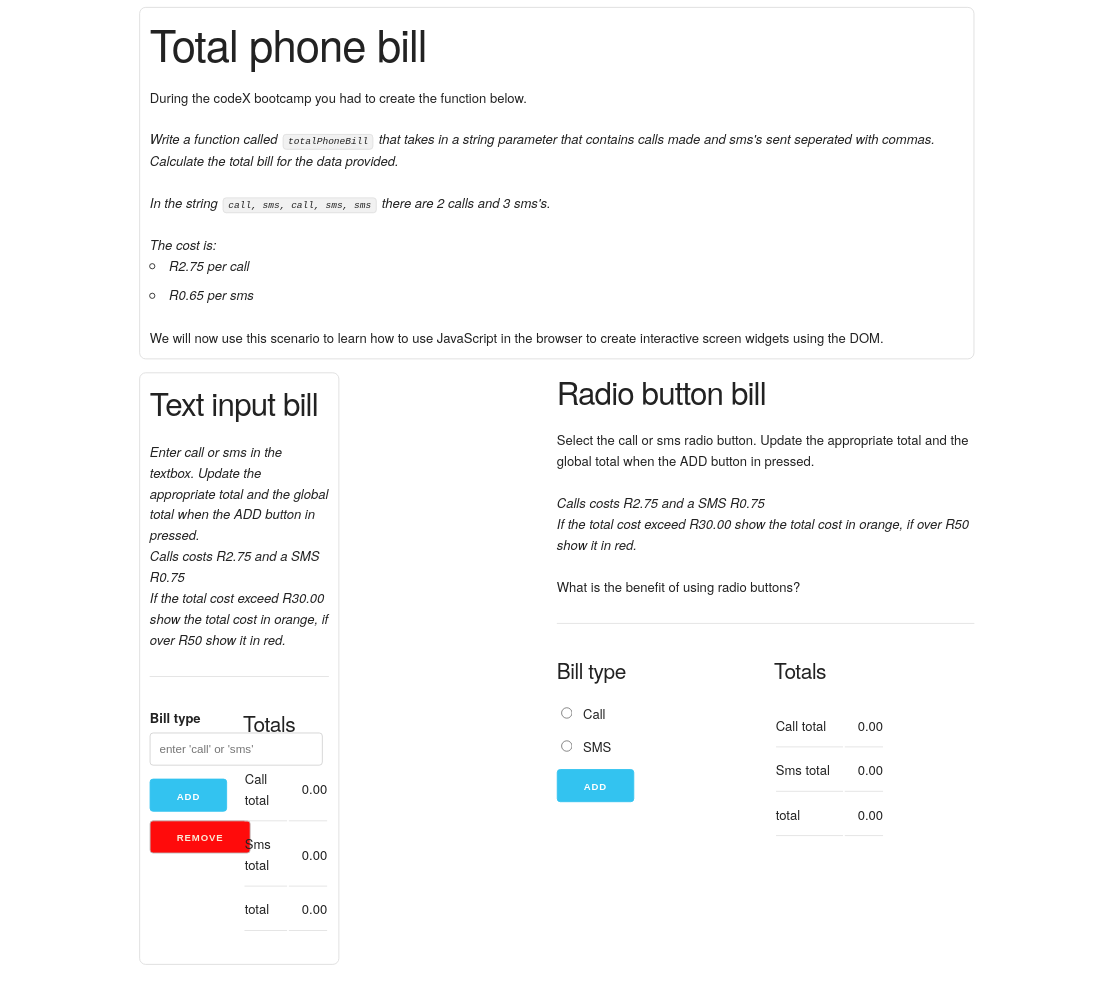
Repository: lasity34/Dom-intro-handlebars
Page: index.html
The author's editor kept a copy of each file at every save. The page is drawn from the files as they stood at one save, then again after the next save.
The browser window is 1280 px wide. The pictures show the whole page, at 87% of full size.
Some web libraries are served in a nearby version.

Above is the page before, as saved 2023-05-09 08:40:27.

### index.html
<!DOCTYPE html>
<html>
  <head>
    <meta charset="utf-8" />
    <title></title>
    <link rel="stylesheet" href="css/skeleton.css" />
    <link rel="stylesheet" href="css/style.css" />
    <script src="https://cdnjs.cloudflare.com/ajax/libs/handlebars.js/4.0.11/handlebars.min.js"></script>
    <script type="text/x-template" id="billTemplate">
      {{#each differentCosts}}
      <tr >
      <td>{{name}} total</td>
      <td><span class=" {{this.extraClass}}" >{{total}}</span></td>
      </tr>
      {{/each}}
    </script>
  </head>
  <body>
    <div class="container">
      <div class="row">
        <div class="twelve columns box">
          <h1>Total phone bill</h1>

          <div class="">
            During the codeX bootcamp you had to create the function below.
          </div>

          <br />

          <div class="">
            <i
              >Write a function called <code>totalPhoneBill</code> that takes in
              a string parameter that contains calls made and sms's sent
              seperated with commas. Calculate the total bill for the data
              provided. <br /><br />
              In the string <code>call, sms, call, sms, sms</code> there are 2
              calls and 3 sms's.
              <br />
              <br />
              The cost is:
              <ul>
                <li>R2.75 per call</li>
                <li>R0.65 per sms</li>
              </ul>
            </i>
          </div>

          <div class="">
            We will now use this scenario to learn how to use JavaScript in the
            browser to create interactive screen widgets using the DOM.
          </div>
        </div>
      </div>
      <div class="widget_container">
      <div class="width">
        <div class="six columns box">
          <!--  text input bill -->
          <h3>Text input bill</h3>

          <div class="">
            <i
              >Enter call or sms in the textbox. Update the appropriate total
              and the global total when the ADD button in pressed.</i
            >
          </div>
          <div class="">
            <i>Calls costs R2.75 and a SMS R0.75</i>
          </div>

          <div class="">
            <i
              >If the total cost exceed R30.00 show the total cost in orange, if
              over R50 show it in red.</i
            >
          </div>
          <hr />

          <div></div>
          <div class="row">
            <div class="six columns">
              <label for="">Bill type</label>
              <input
                type="text"
                name=""
                value=""
                placeholder="enter 'call' or 'sms' "
                class="billTypeText"
              />
              <button
                class="button-primary addToBillBtn"
                type="button"
                name="button"
              >
                Add
              </button>
              <button class="resetBtn" type="button" name="button">
                Remove
              </button>
            </div>
            <div class="six columns">
              <h5>Totals</h5>
              <table class="textTotals"></table>
            </div>
          </div>
        </div>
      </div>
      <div class="width">
        <div class="">
          <h3>Radio button bill</h3>

          <div class="">
            Select the call or sms radio button. Update the appropriate total
            and the global total when the ADD button in pressed.
          </div>
          <br />
          <div class="">
            <i>Calls costs R2.75 and a SMS R0.75</i>
          </div>

          <div class="">
            <i
              >If the total cost exceed R30.00 show the total cost in orange, if
              over R50 show it in red.</i
            >
          </div>
          <br />
          <div class="">What is the benefit of using radio buttons?</div>

          <hr />

          <div class="row">
            <div class="six columns">
              <h5>Bill type</h5>
              <label class="">
                <input
                  type="radio"
                  name="billItemType"
                  class="billItemTypeRadio"
                  value="call"
                />
                <span class="label-body">Call</span>
              </label>
              <label class="">
                <input
                  type="radio"
                  name="billItemType"
                  class="billItemTypeRadio"
                  value="sms"
                />
                <span class="label-body">SMS</span>
              </label>
              <button
                class="button-primary radioBillAddBtn"
                type="button"
                name="button"
              >
                Add
              </button>
            </div>
            <div class="six columns">
              <h5>Totals</h5>
              <table class="radioTotals"></table>
            </div>
          </div>
        </div>
      </div>
      </div>
    </div>

    <script src="./js/text-bill.js" charset="utf-8"></script>
    <script src="./js/radio-bill.js" charset="utf-8"></script>
  </body>
</html>

<!-- billTotal -->

### css/skeleton.css
/*
* Skeleton V2.0.4
* Copyright 2014, Dave Gamache
* www.getskeleton.com
* Free to use under the MIT license.
* http://www.opensource.org/licenses/mit-license.php
* 12/29/2014
*/


/* Table of contents
––––––––––––––––––––––––––––––––––––––––––––––––––
- Grid
- Base Styles
- Typography
- Links
- Buttons
- Forms
- Lists
- Code
- Tables
- Spacing
- Utilities
- Clearing
- Media Queries
*/


/* Grid
–––––––––––––––––––––––––––––––––––––––––––––––––– */
.container {
  position: relative;
  width: 100%;
  max-width: 960px;
  margin: 0 auto;
  padding: 0 20px;
  box-sizing: border-box; }
.column,
.columns {
  width: 100%;
  float: left;
  box-sizing: border-box; }

/* For devices larger than 400px */
@media (min-width: 400px) {
  .container {
    width: 85%;
    padding: 0; }
}

/* For devices larger than 550px */
@media (min-width: 550px) {
  .container {
    width: 80%; }
  .column,
  .columns {
    margin-left: 4%; }
  .column:first-child,
  .columns:first-child {
    margin-left: 0; }

  .one.column,
  .one.columns                    { width: 4.66666666667%; }
  .two.columns                    { width: 13.3333333333%; }
  .three.columns                  { width: 22%;            }
  .four.columns                   { width: 30.6666666667%; }
  .five.columns                   { width: 39.3333333333%; }
  .six.columns                    { width: 48%;            }
  .seven.columns                  { width: 56.6666666667%; }
  .eight.columns                  { width: 65.3333333333%; }
  .nine.columns                   { width: 74.0%;          }
  .ten.columns                    { width: 82.6666666667%; }
  .eleven.columns                 { width: 91.3333333333%; }
  .twelve.columns                 { width: 100%; margin-left: 0; }

  .one-third.column               { width: 30.6666666667%; }
  .two-thirds.column              { width: 65.3333333333%; }

  .one-half.column                { width: 48%; }

  /* Offsets */
  .offset-by-one.column,
  .offset-by-one.columns          { margin-left: 8.66666666667%; }
  .offset-by-two.column,
  .offset-by-two.columns          { margin-left: 17.3333333333%; }
  .offset-by-three.column,
  .offset-by-three.columns        { margin-left: 26%;            }
  .offset-by-four.column,
  .offset-by-four.columns         { margin-left: 34.6666666667%; }
  .offset-by-five.column,
  .offset-by-five.columns         { margin-left: 43.3333333333%; }
  .offset-by-six.column,
  .offset-by-six.columns          { margin-left: 52%;            }
  .offset-by-seven.column,
  .offset-by-seven.columns        { margin-left: 60.6666666667%; }
  .offset-by-eight.column,
  .offset-by-eight.columns        { margin-left: 69.3333333333%; }
  .offset-by-nine.column,
  .offset-by-nine.columns         { margin-left: 78.0%;          }
  .offset-by-ten.column,
  .offset-by-ten.columns          { margin-left: 86.6666666667%; }
  .offset-by-eleven.column,
  .offset-by-eleven.columns       { margin-left: 95.3333333333%; }

  .offset-by-one-third.column,
  .offset-by-one-third.columns    { margin-left: 34.6666666667%; }
  .offset-by-two-thirds.column,
  .offset-by-two-thirds.columns   { margin-left: 69.3333333333%; }

  .offset-by-one-half.column,
  .offset-by-one-half.columns     { margin-left: 52%; }

}


/* Base Styles
–––––––––––––––––––––––––––––––––––––––––––––––––– */
/* NOTE
html is set to 62.5% so that all the REM measurements throughout Skeleton
are based on 10px sizing. So basically 1.5rem = 15px :) */
html {
  font-size: 62.5%; }
body {
  font-size: 1.5em; /* currently ems cause chrome bug misinterpreting rems on body element */
  line-height: 1.6;
  font-weight: 400;
  font-family: "Raleway", "HelveticaNeue", "Helvetica Neue", Helvetica, Arial, sans-serif;
  color: #222; }


/* Typography
–––––––––––––––––––––––––––––––––––––––––––––––––– */
h1, h2, h3, h4, h5, h6 {
  margin-top: 0;
  margin-bottom: 2rem;
  font-weight: 300; }
h1 { font-size: 4.0rem; line-height: 1.2;  letter-spacing: -.1rem;}
h2 { font-size: 3.6rem; line-height: 1.25; letter-spacing: -.1rem; }
h3 { font-size: 3.0rem; line-height: 1.3;  letter-spacing: -.1rem; }
h4 { font-size: 2.4rem; line-height: 1.35; letter-spacing: -.08rem; }
h5 { font-size: 1.8rem; line-height: 1.5;  letter-spacing: -.05rem; }
h6 { font-size: 1.5rem; line-height: 1.6;  letter-spacing: 0; }

/* Larger than phablet */
@media (min-width: 550px) {
  h1 { font-size: 5.0rem; }
  h2 { font-size: 4.2rem; }
  h3 { font-size: 3.6rem; }
  h4 { font-size: 3.0rem; }
  h5 { font-size: 2.4rem; }
  h6 { font-size: 1.5rem; }
}

p {
  margin-top: 0; }


/* Links
–––––––––––––––––––––––––––––––––––––––––––––––––– */
a {
  color: #1EAEDB; }
a:hover {
  color: #0FA0CE; }


/* Buttons
–––––––––––––––––––––––––––––––––––––––––––––––––– */
.button,
button,
input[type="submit"],
input[type="reset"],
input[type="button"] {
  display: inline-block;
  height: 38px;
  padding: 0 30px;
  color: #555;
  text-align: center;
  font-size: 11px;
  font-weight: 600;
  line-height: 38px;
  letter-spacing: .1rem;
  text-transform: uppercase;
  text-decoration: none;
  white-space: nowrap;
  background-color: transparent;
  border-radius: 4px;
  border: 1px solid #bbb;
  cursor: pointer;
  box-sizing: border-box; }
.button:hover,
button:hover,
input[type="submit"]:hover,
input[type="reset"]:hover,
input[type="button"]:hover,
.button:focus,
button:focus,
input[type="submit"]:focus,
input[type="reset"]:focus,
input[type="button"]:focus {
  color: #333;
  border-color: #888;
  outline: 0; }
.button.button-primary,
button.button-primary,
input[type="submit"].button-primary,
input[type="reset"].button-primary,
input[type="button"].button-primary {
  color: #FFF;
  background-color: #33C3F0;
  border-color: #33C3F0; }
.button.button-primary:hover,
button.button-primary:hover,
input[type="submit"].button-primary:hover,
input[type="reset"].button-primary:hover,
input[type="button"].button-primary:hover,
.button.button-primary:focus,
button.button-primary:focus,
input[type="submit"].button-primary:focus,
input[type="reset"].button-primary:focus,
input[type="button"].button-primary:focus {
  color: #FFF;
  background-color: #1EAEDB;
  border-color: #1EAEDB; }


/* Forms
–––––––––––––––––––––––––––––––––––––––––––––––––– */
input[type="email"],
input[type="number"],
input[type="search"],
input[type="text"],
input[type="tel"],
input[type="url"],
input[type="password"],
textarea,
select {
  height: 38px;
  padding: 6px 10px; /* The 6px vertically centers text on FF, ignored by Webkit */
  background-color: #fff;
  border: 1px solid #D1D1D1;
  border-radius: 4px;
  box-shadow: none;
  box-sizing: border-box; }
/* Removes awkward default styles on some inputs for iOS */
input[type="email"],
input[type="number"],
input[type="search"],
input[type="text"],
input[type="tel"],
input[type="url"],
input[type="password"],
textarea {
  -webkit-appearance: none;
     -moz-appearance: none;
          appearance: none; }
textarea {
  min-height: 65px;
  padding-top: 6px;
  padding-bottom: 6px; }
input[type="email"]:focus,
input[type="number"]:focus,
input[type="search"]:focus,
input[type="text"]:focus,
input[type="tel"]:focus,
input[type="url"]:focus,
input[type="password"]:focus,
textarea:focus,
select:focus {
  border: 1px solid #33C3F0;
  outline: 0; }
label,
legend {
  display: block;
  margin-bottom: .5rem;
  font-weight: 600; }
fieldset {
  padding: 0;
  border-width: 0; }
input[type="checkbox"],
input[type="radio"] {
  display: inline; }
label > .label-body {
  display: inline-block;
  margin-left: .5rem;
  font-weight: normal; }


/* Lists
–––––––––––––––––––––––––––––––––––––––––––––––––– */
ul {
  list-style: circle inside; }
ol {
  list-style: decimal inside; }
ol, ul {
  padding-left: 0;
  margin-top: 0; }
ul ul,
ul ol,
ol ol,
ol ul {
  margin: 1.5rem 0 1.5rem 3rem;
  font-size: 90%; }
li {
  margin-bottom: 1rem; }


/* Code
–––––––––––––––––––––––––––––––––––––––––––––––––– */
code {
  padding: .2rem .5rem;
  margin: 0 .2rem;
  font-size: 90%;
  white-space: nowrap;
  background: #F1F1F1;
  border: 1px solid #E1E1E1;
  border-radius: 4px; }
pre > code {
  display: block;
  padding: 1rem 1.5rem;
  white-space: pre; }


/* Tables
–––––––––––––––––––––––––––––––––––––––––––––––––– */
th,
td {
  padding: 12px 15px;
  text-align: left;
  border-bottom: 1px solid #E1E1E1; }
th:first-child,
td:first-child {
  padding-left: 0; }
th:last-child,
td:last-child {
  padding-right: 0; }


/* Spacing
–––––––––––––––––––––––––––––––––––––––––––––––––– */
button,
.button {
  margin-bottom: 1rem; }
input,
textarea,
select,
fieldset {
  margin-bottom: 1.5rem; }
pre,
blockquote,
dl,
figure,
table,
p,
ul,
ol,
form {
  margin-bottom: 2.5rem; }


/* Utilities
–––––––––––––––––––––––––––––––––––––––––––––––––– */
.u-full-width {
  width: 100%;
  box-sizing: border-box; }
.u-max-full-width {
  max-width: 100%;
  box-sizing: border-box; }
.u-pull-right {
  float: right; }
.u-pull-left {
  float: left; }


/* Misc
–––––––––––––––––––––––––––––––––––––––––––––––––– */
hr {
  margin-top: 3rem;
  margin-bottom: 3.5rem;
  border-width: 0;
  border-top: 1px solid #E1E1E1; }


/* Clearing
–––––––––––––––––––––––––––––––––––––––––––––––––– */

/* Self Clearing Goodness */
.container:after,
.row:after,
.u-cf {
  content: "";
  display: table;
  clear: both; }


/* Media Queries
–––––––––––––––––––––––––––––––––––––––––––––––––– */
/*
Note: The best way to structure the use of media queries is to create the queries
near the relevant code. For example, if you wanted to change the styles for buttons
on small devices, paste the mobile query code up in the buttons section and style it
there.
*/


/* Larger than mobile */
@media (min-width: 400px) {}

/* Larger than phablet (also point when grid becomes active) */
@media (min-width: 550px) {}

/* Larger than tablet */
@media (min-width: 750px) {}

/* Larger than desktop */
@media (min-width: 1000px) {}

/* Larger than Desktop HD */
@media (min-width: 1200px) {}

### css/style.css
.box {
  padding: 0.75em;
  border-radius : 0.5em;
  border : 1px solid #ddd;
  height: auto;
  margin-bottom: 1em;
}


.warning {
  color: orange;
  font-weight: bold;
}

.danger {
  color: crimson;
  font-weight: bold;
}

.total {
  font-weight: bold;
  font-size: 2em;
}

.resetBtn {
  background-color: rgb(255, 11, 11);
  color: antiquewhite;
}

.widget_container {
  display: flex;
}

.row {
  width: 100%;
}

### js/text-bill.js
// get a reference to the textbox where the bill type is to be entered

//get a reference to the add button

//create a variable that will keep track of the total bill

//add an event listener for when the add button is pressed

//in the event listener check if the value in the bill type textbox is 'sms' or 'call'
// * add the appropriate value to the running total
// * add nothing for invalid values that is not 'call' or 'sms'.
// * display the latest total on the screen\index.html

const billTypeText = document.querySelector(".billTypeText");
const textTotalAddBtn = document.querySelector(".addToBillBtn");
const textTotalRemoveBtn = document.querySelector(".resetBtn");
const totalElem = document.querySelector(".total");
const textCostDataElem = document.querySelector(".textTotals");


let callsTotal = 0.0;
let smsTotal = 0.0;
let totaltext = 0.0;

function textBillTotal() {
  const billTypeEntered = billTypeText.value.trim();

  if (billTypeEntered === "call") {
    callsTotal += 2.75;
  } else if (billTypeEntered === "sms") {
    smsTotal += 0.75;
  }

  totaltext = callsTotal + smsTotal;
  updateTextTemplate();

}
function removeTotal() {
  callsTotal = 0;
  smsTotal = 0;
  totaltext = 0
  updateTextTemplate();
}

function updateTextTemplate() {
  const templateSource = document.querySelector("#billTemplate").innerHTML;
  const textTemplate = Handlebars.compile(templateSource);

  const costData = {
    differentCosts: [
      { name: "Call", total: callsTotal.toFixed(2), extraClass : "" },
      {
        name: "Sms",
        total: smsTotal.toFixed(2),
        extraClass : ""
      },
      {
        name: "",
        total: totaltext.toFixed(2),
        extraClass : totaltext > 50 ? "danger" : totaltext > 30 ? "warning" : ""
      },
    ],

  };

  const userDataHTML = textTemplate(costData);

  textCostDataElem.innerHTML = userDataHTML;
}

document.addEventListener("DOMContentLoaded", function () {
  updateTextTemplate();
});

textTotalAddBtn.addEventListener("click", textBillTotal);
textTotalRemoveBtn.addEventListener("click", removeTotal);

### js/radio-bill.js
// get a reference to the sms or call radio buttons

//get a reference to the add button

//create a variable that will keep track of the total bill

//add an event listener for when the add button is pressed

//in the event listener get the value from the billItemTypeRadio radio buttons
// * add the appropriate value to the running total
// * add nothing for invalid values that is not 'call' or 'sms'.
// * display the latest total on the screen

const radioBillAddBtnElement = document.querySelector(".radioBillAddBtn");

// "input[name='billItemType']:checked"
const callTotalTwoElement = document.querySelector(".callTotalTwo");
const smsTotalTwoElement = document.querySelector(".smsTotalTwo");
const totalTwoElement = document.querySelector(".totalTwo");

let smsTotalRadio = 0;
let callTotalRadio = 0;
let radioTotal = 0;
function calculateRadioBtn() {
  const checkedRadioBtnElement = document.querySelector(
    "input[name='billItemType']:checked"
  );

  if (checkedRadioBtnElement) {
    const billItemType = checkedRadioBtnElement.value;

    if (billItemType === "call") {
      callTotalRadio += 2.75;
    } else if (billItemType === "sms") {
      smsTotalRadio += 0.75;
    }
  }

  radioTotal = callTotalRadio + smsTotalRadio;

  updateRadioTemplate();

  const radioItem = document.querySelectorAll(".radioItem");


}

function updateRadioTemplate(type) {
  const templateSource = document.querySelector("#billTemplate").innerHTML;
  const userTemplate = Handlebars.compile(templateSource);
  const radioCostDataElem = document.querySelector(".radioTotals");
  const costData = {
    differentCosts: [
      { name: "Call", total: callTotalRadio.toFixed(2), extraClass : "" },
      {
        name: "Sms",
        total: smsTotalRadio.toFixed(2),
        extraClass : ""
      },
      {
        name: "",
        total: radioTotal.toFixed(2),
        extraClass : radioTotal > 50 ? "danger" : radioTotal > 30 ? "warning" : ''
      },
    ],

  };

  const userDataHTML = userTemplate(costData);
  radioCostDataElem.innerHTML = userDataHTML;
}

document.addEventListener("DOMContentLoaded", function () {
  updateRadioTemplate("radio");
});

radioBillAddBtnElement.addEventListener("click", calculateRadioBtn);

After the next save:
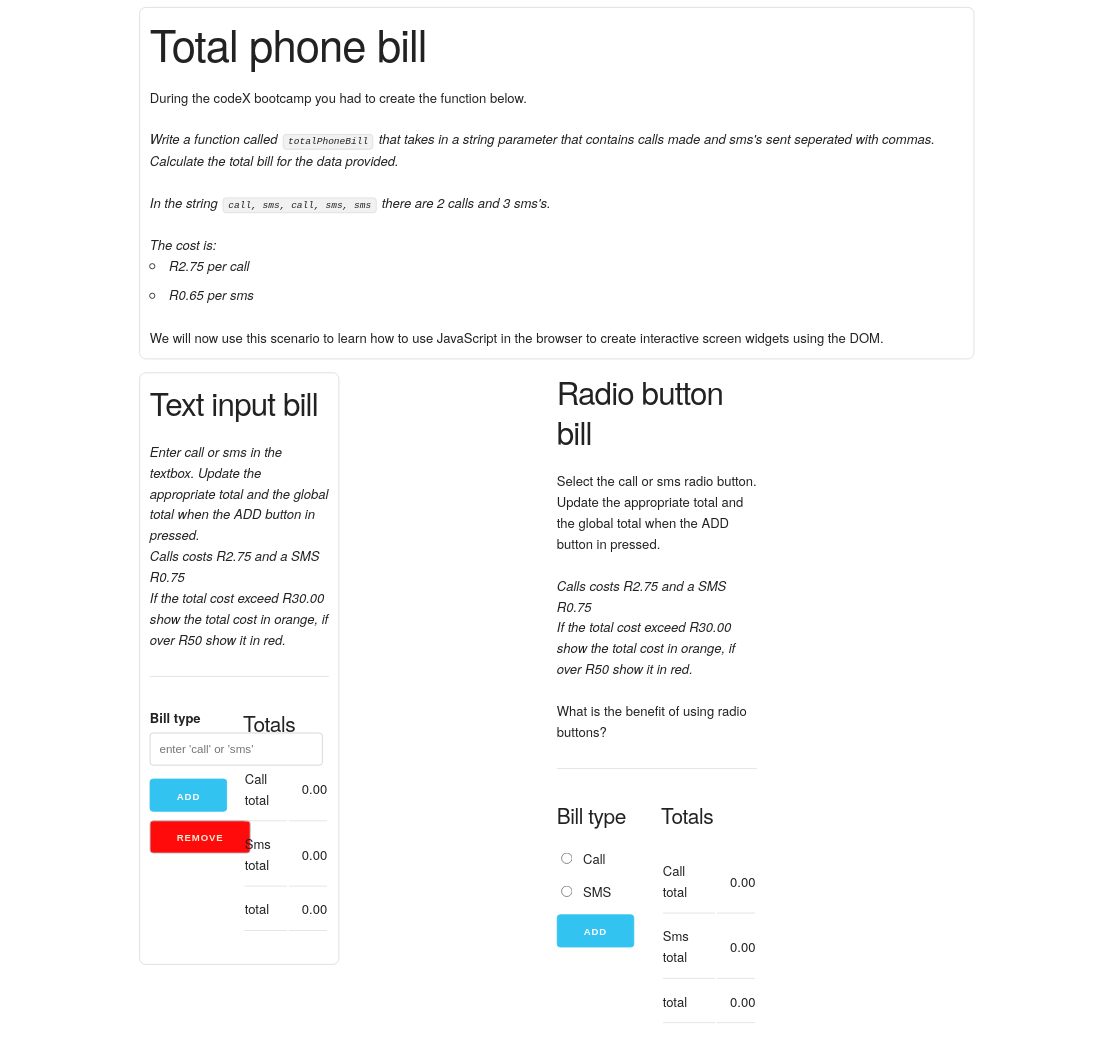
Saved 29 s later.
--- a/index.html
+++ b/index.html
@@ -105,7 +105,7 @@
         </div>
       </div>
       <div class="width">
-        <div class="">
+        <div class="six columns ">
           <h3>Radio button bill</h3>
 
           <div class="">
